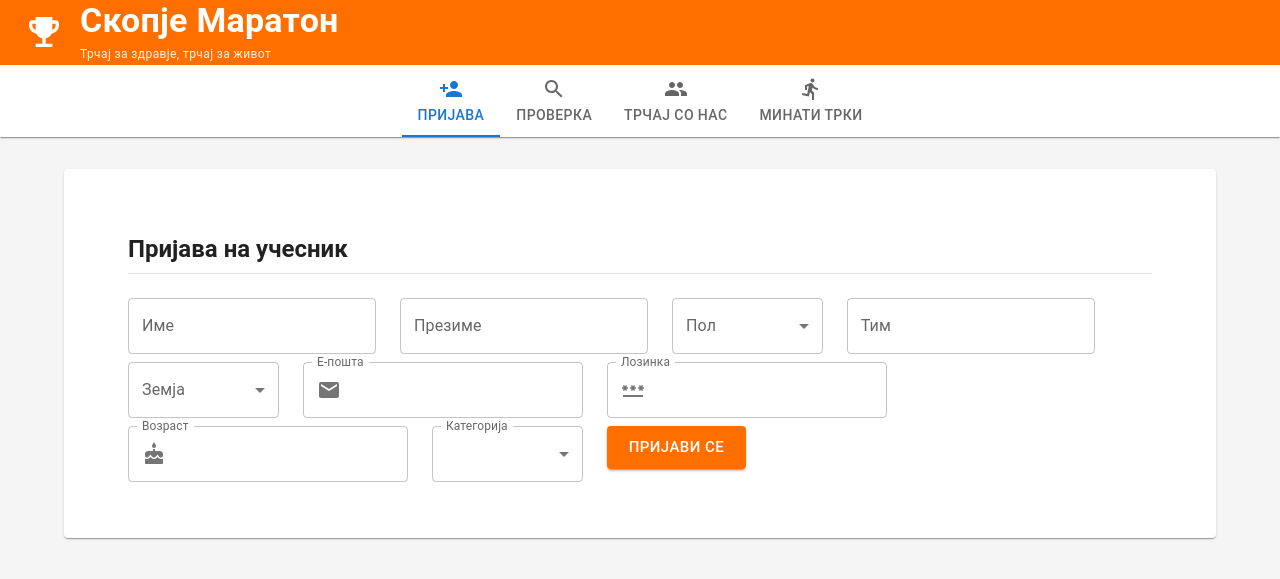
Repository: ilijana123/skopje_marathon_frontend
Page: /
The author's editor kept a copy of each file at every save. The page is drawn from the files as they stood at one save, then again after a run of saves.
The browser window is 1280 px wide. The pictures show the whole page.
The page's requests for data from a server got no answer. The project was rebuilt for these pictures with package versions that can differ from the ones it lists, and the page was loaded fresh each time. No one was signed in, and anything a server would have sent is missing. Also part of the build but not shown: vite.config.ts, src/components/CheckStatusTab.tsx, src/components/ContestantTab.styles.ts, src/components/ContestantsTab.tsx, src/components/RacesTab.tsx.

Above is the page before, as saved 2025-12-25 00:47:45.

After the next 2 saves:
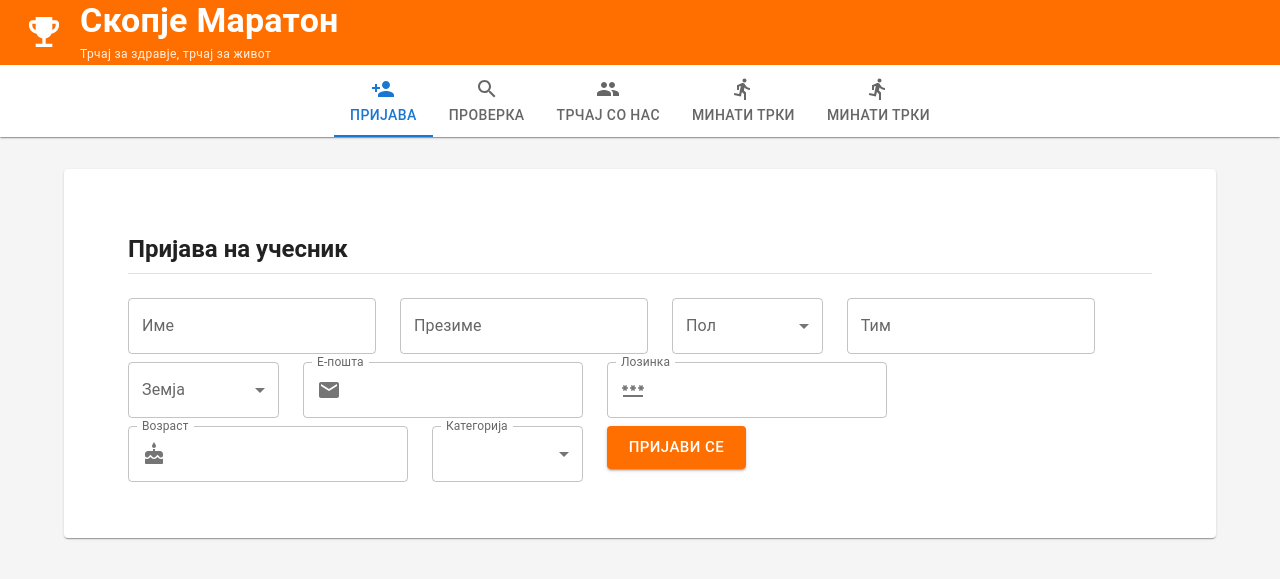
The 2 saves are shown as one change because they came seconds apart.
The last was saved 17 s later.
--- a/src/App.tsx
+++ b/src/App.tsx
@@ -45,6 +45,7 @@ const App = () => {
           <Tab icon={<PersonAdd />} label="Пријава" />
           <Tab icon={<Search />} label="Проверка" />
           <Tab icon={<People />} label="Трчај со нас" />
+          <Tab icon={<DirectionsRun />} label="Минати трки" />
           <Tab icon={<DirectionsRun />} label="Минати трки" />
         </Tabs>
       </Paper>
